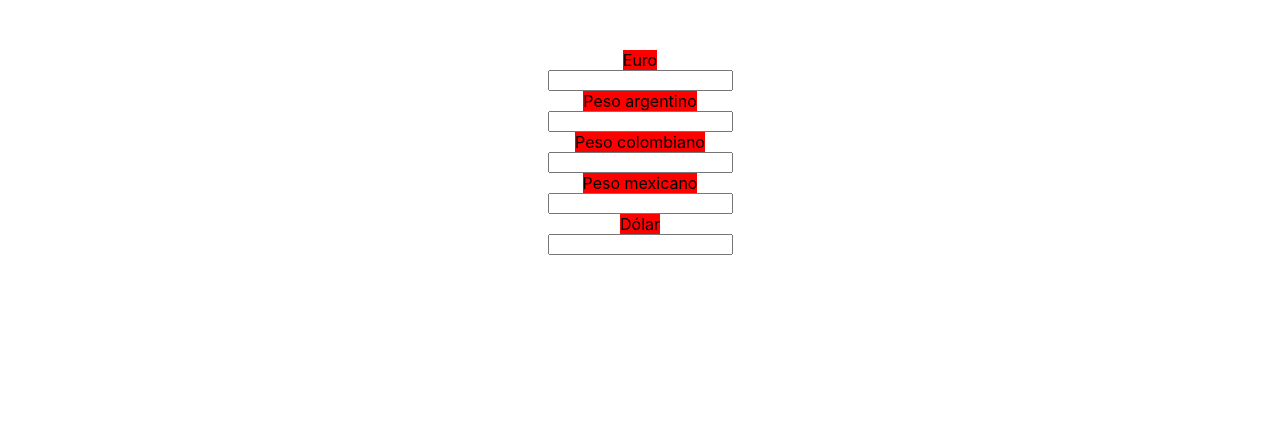
Repository: abgdev1997/ejercicios-react
Page: /
The author's editor kept a copy of each file at every save. The page is drawn from the files as they stood at one save, then again after the next save.
The browser window is 1280 px wide. The pictures show the whole page.
The project was rebuilt for these pictures with package versions that can differ from the ones it lists, and the page was loaded fresh each time.

Above is the page before, as saved 2022-02-22 14:03:11.

### public/index.html
<!DOCTYPE html>
<html lang="en">
  <head>
    <meta charset="utf-8" />
    <link rel="icon" href="%PUBLIC_URL%/favicon.ico" />
    <meta name="viewport" content="width=device-width, initial-scale=1" />
    <meta name="theme-color" content="#000000" />
    <meta
      name="description"
      content="Web site created using create-react-app"
    />
    <link rel="apple-touch-icon" href="%PUBLIC_URL%/logo192.png" />
    <link rel="manifest" href="%PUBLIC_URL%/manifest.json" />
    <title>JAB Converter</title>
  </head>
  <body>
    <noscript>You need to enable JavaScript to run this app.</noscript>
    <div id="root"></div>
  </body>
</html>

### src/index.js
import React from 'react';
import ReactDOM from 'react-dom';
import './index.css';
import AppConversor from './AppConversor';

ReactDOM.render(
  <React.StrictMode>
    <AppConversor />
  </React.StrictMode>,
  document.getElementById('root')
);

### src/AppConversor.js
import { useState } from "react";
import "./AppConversor.css";

function AppConversor() {
  const [monedas, setMonedas] = useState({
      euro: 1,
      pesoArgentino: 237.2,
      pesoColombiano: 9087,
      pesoMexicano: 46.4,
      dolar: 3.6
  });



  return <div className="AppConversor">
      <label className="label">Euro</label>
      <input className="input"></input>
      <label className="label">Peso argentino</label>
      <input className="input"></input>
      <label className="label">Peso colombiano</label>
      <input className="input"></input>
      <label className="label">Peso mexicano</label>
      <input className="input"></input>
      <label className="label">Dólar</label>
      <input className="input"></input>
  </div>;
}
export default AppConversor;

### src/AppConversor.css
.AppConversor{
    display: flex;
    flex-direction: column;
    align-items: center;
    margin-top: 50px;
}

.label{
    background-color: red;
}

Loaded but not shown: src/index.css (common file)

After the next save:
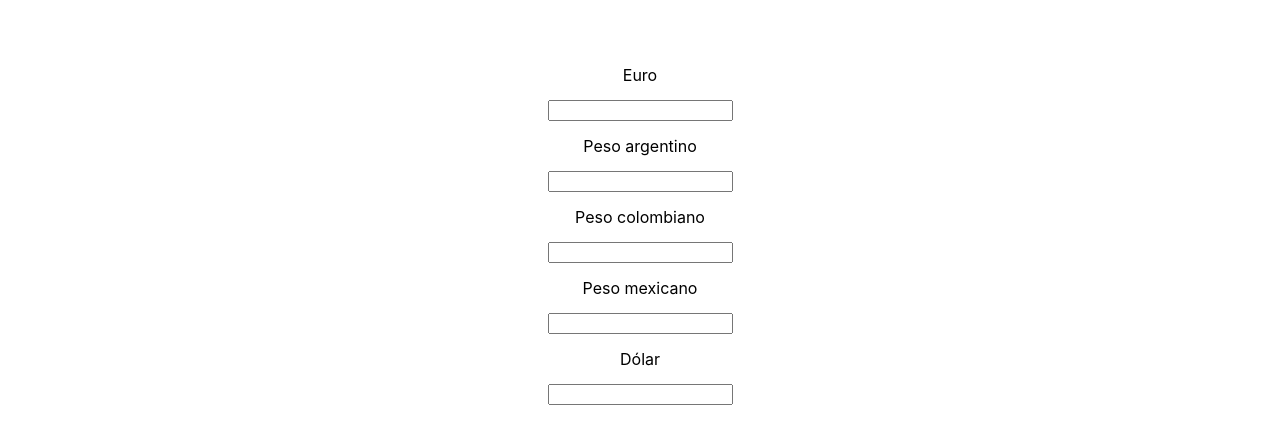
Saved 12 s later.
--- a/src/AppConversor.css
+++ b/src/AppConversor.css
@@ -6,5 +6,5 @@
 }
 
 .label{
-    background-color: red;
+    padding: 15px;
 }
